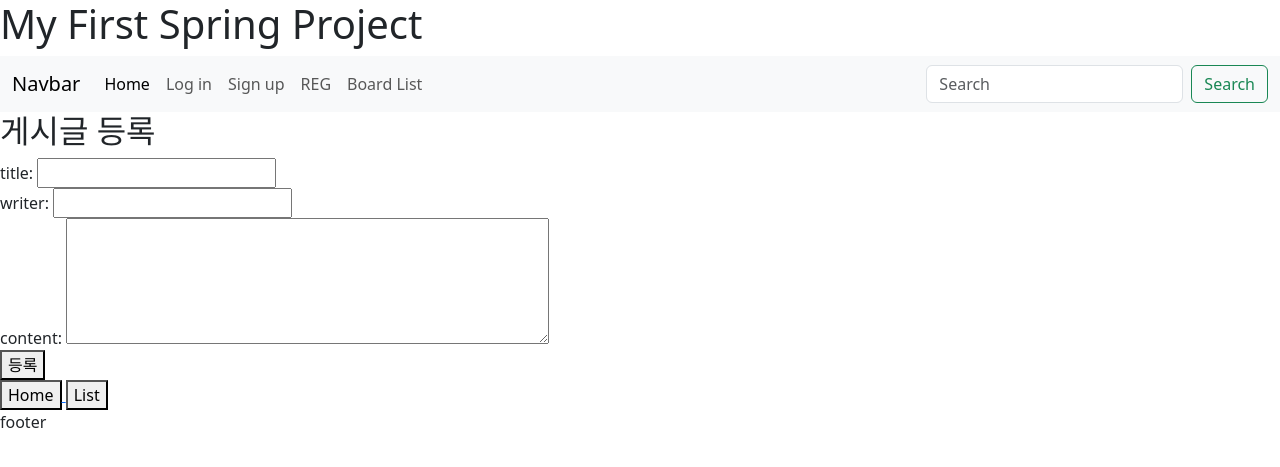
Repository: dfhdfhdfsza/springtest
Page: http://localhost/spring-Test/WEB-INF/views/board/register.jsp
An editor plug-in stored every save of this project. The page is shown before and after the next save, followed by the edit.
The browser window is 1280 px wide. The pictures show the whole page.
The page is served by Tomcat 9. Nobody is signed in. Other server files are loaded and not shown. The template is opened directly, without the code that normally fills it, so the values that code supplies are empty.

Above is the page before, as saved 2023-10-12 07:25:26.

### spring-Test/src/main/webapp/WEB-INF/views/board/register.jsp
<%@ page language="java" contentType="text/html; charset=UTF-8"
    pageEncoding="UTF-8"%>
    <%@ taglib uri="http://java.sun.com/jsp/jstl/core" prefix="c"%>
<!DOCTYPE html>
<html>

<head>
<meta charset="UTF-8">
<title>Insert title here</title>
</head>
<body>
	<jsp:include page="../layout/header.jsp"></jsp:include>
	<h2>게시글 등록</h2>
	<!-- mapping 상태는 get/post가 별도의 mapping을 가짐 -->
	<form action="/board/register" method="post">
		title: <input type="text" name="title"> <br>
		writer: <input type="text" name="writer" value="${loginmvo.id}" readonly="readonly"> <br>
		content: <textarea rows="5" cols="50" name="content"></textarea> <br>
		<button type="submit">등록</button> <br>
	</form>
	<a href="/">
		<button type="button">Home</button>
	</a>
	<a href="/board/List">
		<button type="button">List</button>
	</a>
	<jsp:include page="../layout/footer.jsp"></jsp:include>
</body>
</html>

### spring-Test/src/main/webapp/WEB-INF/views/layout/header.jsp
<%@ page language="java" contentType="text/html; charset=UTF-8"
    pageEncoding="UTF-8"%>
    <%@ taglib prefix="c" uri="http://java.sun.com/jsp/jstl/core" %>
<!DOCTYPE html>
<html>
<head>
<meta charset="UTF-8">
<title>Insert title here</title>
<link href="https://cdn.jsdelivr.net/npm/bootstrap@5.3.1/dist/css/bootstrap.min.css" rel="stylesheet" integrity="sha384-4bw+/aepP/YC94hEpVNVgiZdgIC5+VKNBQNGCHeKRQN+PtmoHDEXuppvnDJzQIu9" crossorigin="anonymous">
<script src="https://cdn.jsdelivr.net/npm/bootstrap@5.3.1/dist/js/bootstrap.bundle.min.js" integrity="sha384-HwwvtgBNo3bZJJLYd8oVXjrBZt8cqVSpeBNS5n7C8IVInixGAoxmnlMuBnhbgrkm" crossorigin="anonymous"></script>
</head>
<body>
	<h1>My First Spring Project</h1>
	<nav class="navbar navbar-expand-lg bg-body-tertiary">
  <div class="container-fluid">
    <a class="navbar-brand" href="#">Navbar</a>
    <button class="navbar-toggler" type="button" data-bs-toggle="collapse" data-bs-target="#navbarSupportedContent" aria-controls="navbarSupportedContent" aria-expanded="false" aria-label="Toggle navigation">
      <span class="navbar-toggler-icon"></span>
    </button>
    <div class="collapse navbar-collapse" id="navbarSupportedContent">
      <ul class="navbar-nav me-auto mb-2 mb-lg-0">
        <li class="nav-item">
          <a class="nav-link active"  href="/">Home</a>
        </li>
       <c:if test="${loginmvo eq null}">
       		<li class="nav-item">
          		<a class="nav-link" href="/member/login" >Log in</a>
        	</li>
       </c:if>
        <c:if test="${loginmvo ne null}">
        	<li class="nav-item">
          		<a class="nav-link"  href="/member/logout">Log out</a>
        	</li>
        </c:if>
        <li class="nav-item">
          <a class="nav-link" href="/member/signup">Sign up</a>
        </li>
        <li class="nav-item">
          <a class="nav-link"  href="/board/register">REG</a>
        </li>
        <li class="nav-item">
          <a class="nav-link" href="/board/list">Board List</a>
        </li>
        <c:if test="${loginmvo ne null}">
        	<li> <a class="nav-link" href="/member/modify">${loginmvo.id} 님 로그인되셨습니다.</a></li>
		</c:if>
      </ul>
      <form class="d-flex" role="search">
        <input class="form-control me-2" type="search" placeholder="Search" aria-label="Search">
        <button class="btn btn-outline-success" type="submit">Search</button>
      </form>
    </div>
  </div>
</nav>

### spring-Test/src/main/webapp/WEB-INF/views/layout/footer.jsp
<%@ page language="java" contentType="text/html; charset=UTF-8"
    pageEncoding="UTF-8"%>


	<div>
		footer
	</div>
</body>
</html>

After the next save:
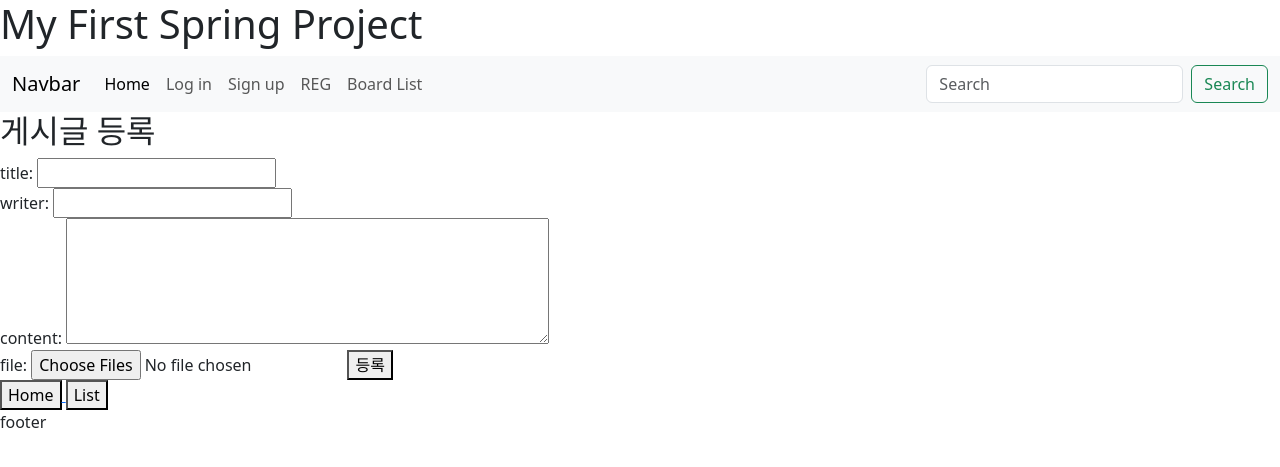
Saved 27 min 55 s later.
--- a/spring-Test/src/main/webapp/WEB-INF/views/board/register.jsp
+++ b/spring-Test/src/main/webapp/WEB-INF/views/board/register.jsp
@@ -16,6 +16,8 @@
 		title: <input type="text" name="title"> <br>
 		writer: <input type="text" name="writer" value="${loginmvo.id}" readonly="readonly"> <br>
 		content: <textarea rows="5" cols="50" name="content"></textarea> <br>
+		<!-- multiple:한번에 여러개의 파일을 등록 -->
+		file: <input type="file" id="file" name="files" multiple="multiple">
 		<button type="submit">등록</button> <br>
 	</form>
 	<a href="/">
